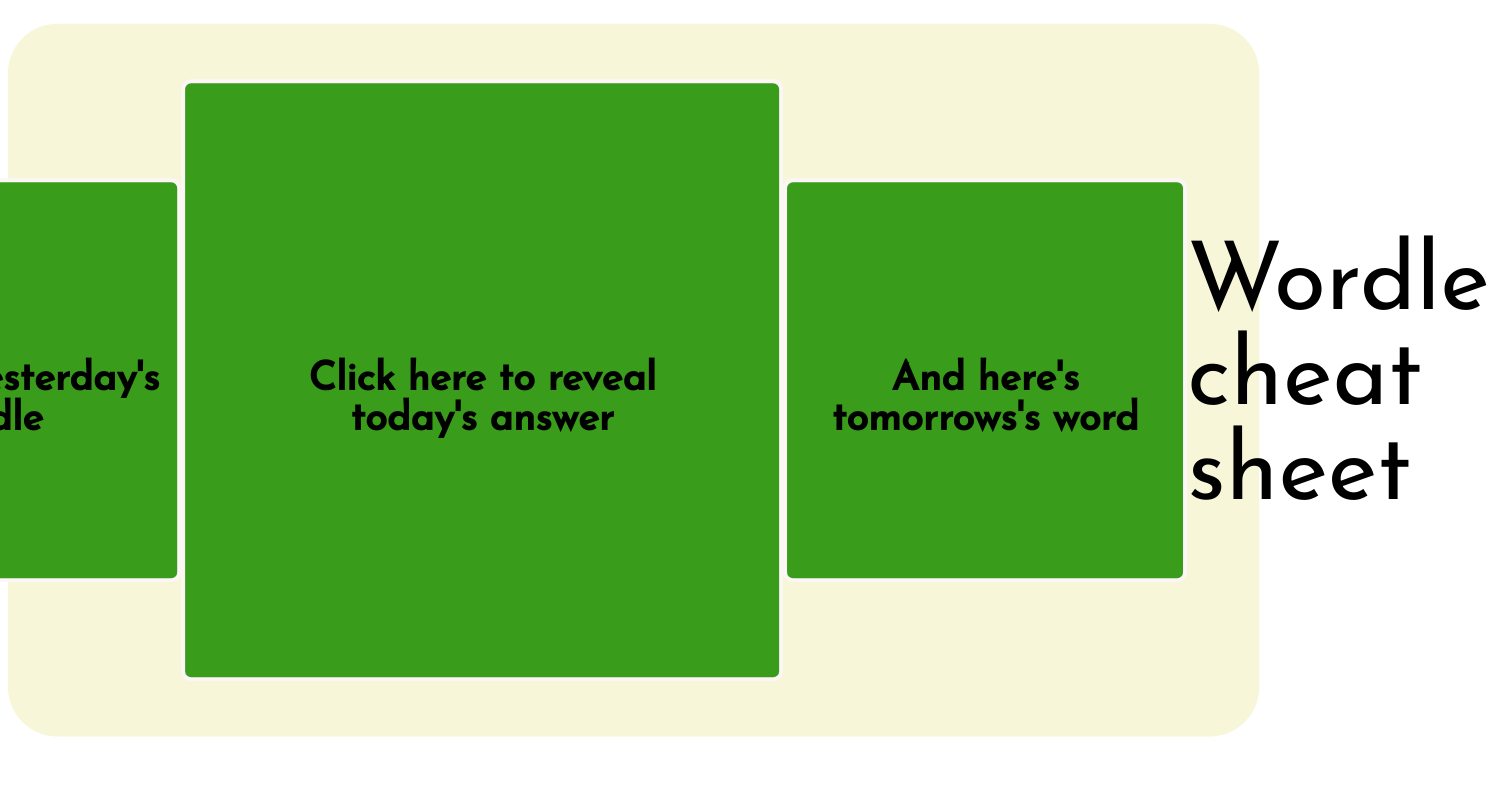
Repository: enoripl/tomorrows-wordle
Page: index.html
The author's editor kept a copy of each file at every save. The page is drawn from the files as they stood at one save, then again after the next save.
The browser window is 1280 px wide. The page is 1505 px wide, then 1352 px, so the pictures cover 1505 px, including what lies to the right of the window. The pictures show the whole page, at 99% of full size.

Above is the page before, as saved 2022-02-09 19:14:48.

### index.html
<!DOCTYPE html>
<html lang="en">
  <head>
    <meta charset="UTF-8" />
    <meta http-equiv="X-UA-Compatible" content="IE=edge" />
    <meta name="viewport" content="width=device-width, initial-scale=1.0" />
    <link rel="stylesheet" href="styles.css" />
    <link
    rel="stylesheet"
    href="https://cdnjs.cloudflare.com/ajax/libs/animate.css/4.1.1/animate.min.css"
  />
    <script type="text/javascript" src="script.js" defer></script>
    <title>Today's (and tommorow's Wordle)</title>
  </head>
  <body>
    <main class="main-content">
      <div class="buttons-section">
        <div class="buttons-group">
          <div class="answer-btns" id="yesterdays-btn">
            This was yesterday's Wordle
          </div>
          <div class="answer-btns" id="todays-btn">
            Click here to reveal
            today's answer
          </div>
          <div class="answer-btns" id="tomorrows-btn">
            And here's tomorrows's word
          </div>
        </div>
      </div>
      <div class="logo-section">
        <div class="logo">Wordle cheat sheet</div>
    </main>
    </header>
  </body>
</html>

### styles.css
@import url("https://fonts.googleapis.com/css2?family=Josefin+Sans:wght@300;400;500&display=swap");

body {
  font-family: "Josefin Sans", sans-serif;
  white-space: pre-line;
}

main {
  height: 70%;
}
.main-content {
    height: 100vh;
  display: flex;
  justify-content: center;
  align-items: center;
  background-color: rgb(247, 246, 217);
    border-radius: 50px;
}

.buttons-group {
  display: flex;
  align-items: center;
}

.answer-btns {
  display: flex;
  justify-content: center;
  align-items: center;
  text-align: center;
  background-color: rgb(57, 156, 26);
  height: 400px;
  width: 400px;
  font-size: 2.5rem;
  font-weight: 600;
  border-radius: 10px;
  border: 4px solid rgb(252, 247, 246);
}

#todays-btn {
  height: 600px;
  width: 600px;
}

.answer-text {
  font-size: 5rem;
  font-weight: 800;
}

.logo-section {
  display: flex;
  justify-content: center;
  align-items: center;
  height: 20vh;
  font-size: 6rem;
}

.logo {
    display: block;
}

Loaded but not shown: script.js (2355 lines, source omitted)

After the next save:
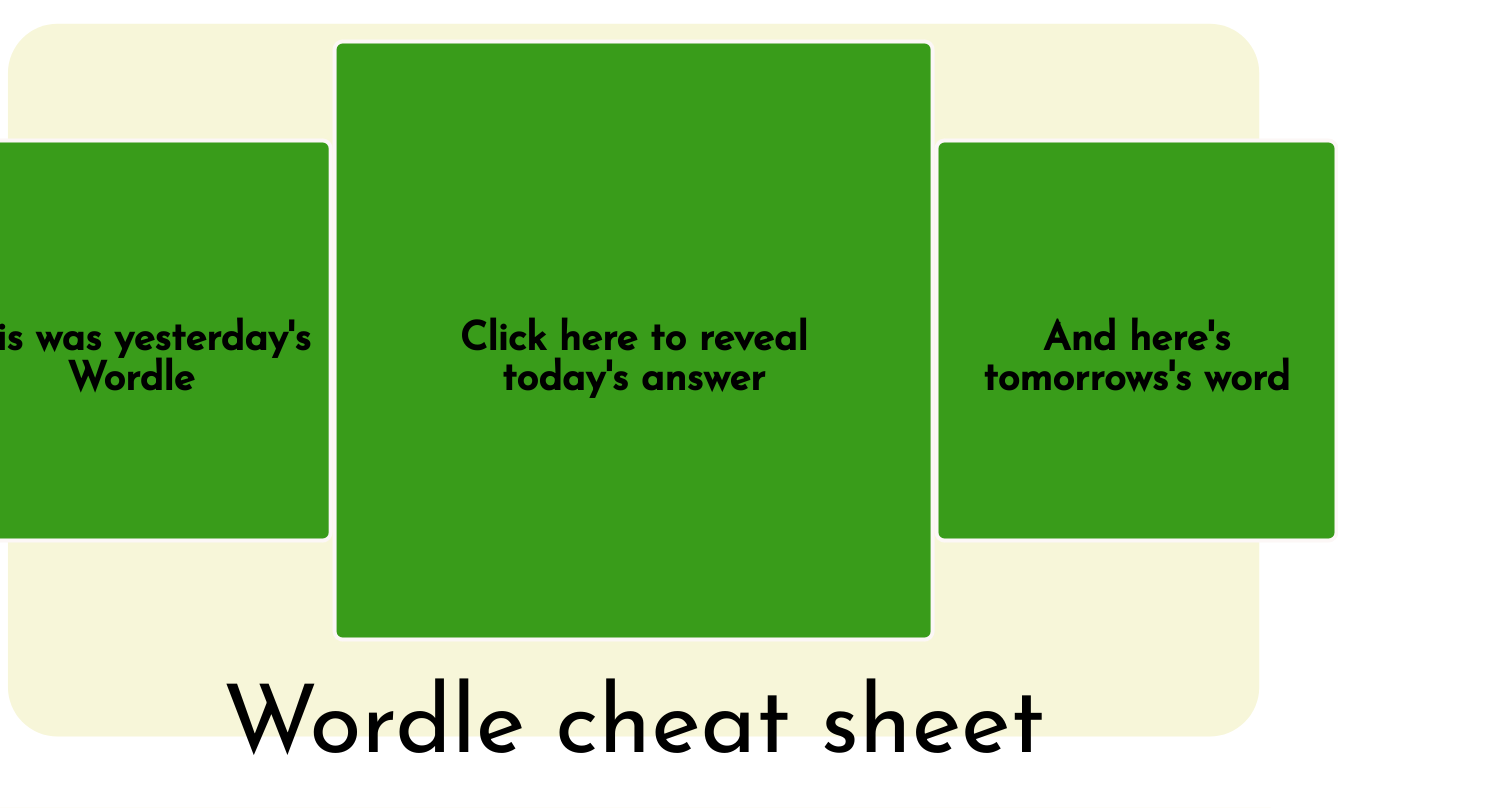
Saved 25 s later.
--- a/styles.css
+++ b/styles.css
@@ -10,11 +10,15 @@
 }
 .main-content {
     height: 100vh;
-  display: flex;
-  justify-content: center;
-  align-items: center;
+
   background-color: rgb(247, 246, 217);
     border-radius: 50px;
+}
+
+.buttons-section {
+    display: flex;
+    justify-content: center;
+    align-items: center;
 }
 
 .buttons-group {
